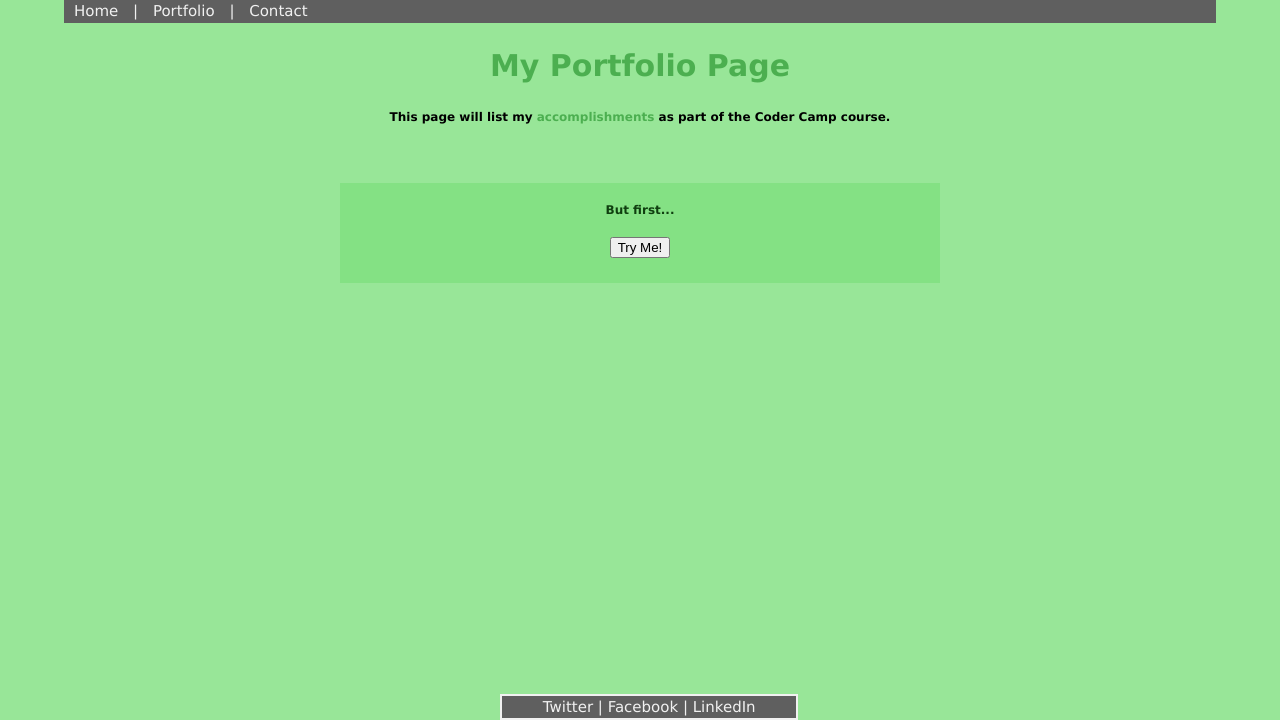
Repository: ischicagoisnotchicago/is-chicago
Page: http://localhost/CC_Personal_Website/portfolio.html
An editor plug-in stored every save of this project. The page is shown before and after the next save, followed by the edit.
The browser window is 1280 px wide. The pictures show the whole page.
The page is served by Tomcat 9.

Above is the page before, as saved 2017-05-26 01:21:22.

### CC Personal Website/WebContent/portfolio.html
<!DOCTYPE html>
<html>

<head>
<title>David Turner | Portfolio</title>
<link rel="stylesheet" type="text/css" href="style.css">
</head>

<body>
	<!-- Navigation Bar -->
	<nav>
		<a href="index.html">Home </a> | <a href="portfolio.html">Portfolio
		</a> | <a href="contact.html">Contact</a>
	</nav>

	<!-- Header -->
	<header>
		<h1>My Portfolio Page</h1>
		<h4>
			This page will list my <strong>accomplishments</strong> as part of
			the Coder Camp course.
		</h4>
	</header>

	<div id="portfolio">
	<div id="reserved">
		<br>But first...
		<br><br><button onclick="showFeature()" name="button">Try Me!</button></div>
	</div>

	<!-- Footer -->
	<footer>
		<a href="https://twitter.com/theagnessilient">Twitter</a> | <a
			href="https://www.facebook.com/profile.php?id=100004606000131"
		>Facebook</a> | <a href="https://www.linkedin.com/in/davidaturner19/">LinkedIn</a>
	</footer>

	<script src="script.js"></script>
</body>
</html>

### CC Personal Website/WebContent/style.css
/* Required! A background color */
/* Required! Change the font to a different Font-Family */
/* Required! Center all content on Home and Contact pages */
/* Tip! Changing body{height: 100%} will extend the page height making it easier to position content more accurately! */
body {
	font-family: Verdana,sans-serif;
    font-size: 15px;
    line-height: 1.5;
    height: 100%;
    width: 90%;
    background-color: #98e698;
    margin: 0 auto;
    text-align: center;
}

body#contact {
	font-family: "Comic Sans MS", cursive, sans-serif;
    font-size: 15px;
    line-height: 1.5;
    height: 100%;
    width: 90%;
	background-color: #ffe033;
	text-align: center;
}

header {
	height: 140px;
}

section {
	display: block;
	padding: 0 0 40px 0;
}

a {
	text-decoration: none;
}

/* Required! A style navbar */
nav {
	font-family: Verdana,sans-serif;
	color: #f1f1f1;
	background-color: #5f5f5f;
	text-align: left;
}

nav a {
	padding: 12px 10px;
}

a:link,
a:visited {
	color: #f1f1f1;
}

/* Required! Style links so when you hover the link, a different color is displayed */
a:hover {
    color: #4CAF50;
    background-color: black;
}

a:active {
    color: #f1f1f1;
}

h1, strong {
	color: #4CAF50;
}

h4 {
	font-size: .8em;
}

p {
	text-align: justify;
	text-indent: 15px;
}

dl {
	height: 380px;
}

dt {
	color: #ccad00;
	font-size: 1.4em;
	text-shadow: 2px 2px 5px white;
	text-align: left;
	border-left: 8px solid #ffdd1a;
	border-bottom: 1px solid #ffdd1a;
}

dd {
	text-align: right;
	font-style: italic;
	font-size: 0.9em;
	color: #0f3e0f;
}

#portfolio {
	height: 410px;
	width: 600px;
	margin: 0 auto 0 auto;
}

#accomplish {
	height: 400px;
}

#showtime {
	position: absolute;
	top: 180px;
	height: 220px;
	width: 600px;
	color: #0f3e0f;
	background-color: #84e184;
}

#reserved {
	height: 100px;
	font-weight: bold;
	font-size: 0.8em;
	color: #0f3e0f;
	background-color: #84e184;
}

#txtresults {
	height: 120px;
	color: #0f3e0f;
	padding: 20px 0 0 0;
	background-color: #84e184;
	border: 2px solid #ffdd1a;
}

.centerimg {
	height: 382px;
	width: 382px;
	margin: 25px auto 30px auto;
}

.itright {
	text-align: right;
	font-style: italic;
	color: #0f3e0f;
	padding-top: 50px;
}

.ftprompt {
    display: block;
    height: 25px;
    padding: 25px;
}

.fprompt {
	float: left;
	margin-left: 50px;
}

.tprompt {
	float: right;
	margin-right: 40px;
}

/* Required! The Contact should have a different color background and a set width of 25% */
.formtbl {
  height: 350px;
  width: 700px;
  margin: 0 auto 0 auto;
  padding: 10px 30px 0 30px;
}

.formside {
	width: 25%;
	float: left;
	background-color: #5f5f5f;
	padding: 10px;
	border: 5px double #0f3e0f;
	margin-left: 10px;
}

.formside input, .formside textarea {
	padding: 2px 0;
	background-color: #b8dc6f;
}

.formside button {
	margin: 0 60px;
	box-shadow: 2px 2px 2px #888888;
}

/* Required! The table needs to have a border and a background color. */
.tableside {
	float : right;
	width: 175px;
	height: 157px;
	color: #f1f1f1;
	padding: 10px;
	background-color: #5f5f5f;
    border: 5px double #0f3e0f;
    margin-right: 10px;
}

.tableside td {
	background-color: #5f5f5f;
	height: 20px;
	border: 5px double #0f3e0f;
	padding: 9px 40px;
}

/* Required! The mailto: with your email should be positioned in the bottom left corner with a border and background color */
.stuckleft {
	display: block;
	position: fixed;
	bottom: 0;
	left: 0;
	width: 97%;
	text-align: left;
	background-color: #5f5f5f;
	border-left: 5px double #f1f1f1;
	border-bottom: 1px solid #f1f1f1;
	border-right: 8px solid #f1f1f1;
}

/* Required! Footer needs to be stuck to the bottom of the page. */
footer {
  position: fixed;
  left: 500px;
  bottom: 0;
  width: 23%;
  color: #f1f1f1;
  background-color: #5f5f5f;
  border: 2px solid #f1f1f1;
}

### CC Personal Website/WebContent/script.js
// Expand punctuation as needed.
var Punctuation = {

  COMMA : ',',
  SPACE : ' ',
  PERIOD : '.',
  QUEST : '?',
  EXC : '!'
}

// Object with report stats to be used in html.
var reportMy = {
  text : "",
  numOfWords : 0,
  numOfSents : 0,
  numOfSpaces : 0,
  aveWordsPerSent : 0
}

// Array objects listing my accomplishments.
var accomplishMy = [
    {
      dt : "Personal Website",
      dd : "This is my first Website created for Coding from Scratch using HTML5 and CSS."
    }, {
      dt : "Portfolio Examples",
      dd : "Simple exercises showing my use of HTML, CSS and Javascript."
    }
];

// Generate reports to entered text.
function reportStats() {

  // Set initial.
  var wordStarted = false;

  // Get text from element with id value.
  reportMy.text = document.getElementById("sample").value;

  // Through the entire text length, check char. Update stats as appropriately.
  for ( i = 0; i < reportMy.text.length; i++) {

    switch ( reportMy.text[i]) {

      // If PERIOD, QUESTION, EXCLAMATIONPT, update number of sentences.
      case Punctuation.PERIOD:
      case Punctuation.QUEST:
      case Punctuation.EXC:
        if ( wordStarted === true) {
          reportMy.numOfSents++;
        }
        // break;

        // If either or COMMA, update number of words,
      case Punctuation.COMMA:
        if ( wordStarted === true) {
          reportMy.numOfWords++;
          wordStarted = false;
        }
        break;

      // If COMMA, update number of spaces.
      case Punctuation.SPACE:
        reportMy.numOfSpaces++;
        if ( wordStarted === true) {
          reportMy.numOfWords++;
          wordStarted = false;
        }
        break;

      // Assumes otherwise we are char in a word.
      default: {
        if ( wordStarted === false) {
          wordStarted = true;
        }
      }
    }
  }

  // Once text length has been reached, update average words per sentence.
  reportMy.aveWordsPerSent = parseInt(reportMy.numOfWords / reportMy.numOfSents);

  // Return reportMy object.
  return reportMy;
}

// Create a portfolio report of accomplishments.
function portlist() {

  var port = document.getElementById("portfolio");
  var showt = document.getElementById("showtime");
  port.removeChild(showt);
  var div = appendElementChild("div", port, "accomplish");
  var dl = appendElementChild("dl", div);

  // Build accomplishment listing.
  if ( accomplishMy !== null) {
    var i = 0;
    do {

      var dt = appendElementChild("dt", dl);
      dt.innerHTML = accomplishMy[i].dt;
      var dd = appendElementChild("dd", dl);
      dd.innerHTML = accomplishMy[i].dd;
      appendBreakChild(2, dl);
      i++;

    } while ( i < accomplishMy.length);

  }

  return true;
}

// Create a page with the textreader exercise.
function textreader() {

  // Replace "reserved" report with feature exercise.
  var port = document.getElementById("portfolio");
  var reserved = document.getElementById("reserved");
  port.removeChild(reserved);
  var div = appendElementChild("div", port, "showtime");
  var prompt1 = "First, a simple exercise. Type complete sentences "
      + "in the text area provided then press SUBMIT. I will report "
      + "statistics related to your submission. Cool? ";
  appendTextChild(prompt1, div, "h4");
  var prompt2 = "Text Reader and Statistics";
  var txta = appendElementChild("textarea", div, "sample");
  txta.setAttribute("name", "textReader");
  txta.setAttribute("rows", "5");
  txta.setAttribute("cols", "30");
  appendBreakChild(2, div);

  // Create button to move to next results page.
  var button1 = appendElementChild("button", div, "button1id");
  button1.innerHTML = "Submit";
  button1.setAttribute("name", "button1");
  button1.setAttribute("onClick", "txtrresults()");

  return true;
}

// Create a page of textreader results.
function txtrresults() {

  // First, run reportStats and generate the ReportMy stats to be used.
  reportStats();

  // Then setup report using ReportMy data.
  var prompt1 = "I detect you had entered " + reportMy.numOfSents
      + " sentence(s), consisting of " + reportMy.numOfWords + " words and "
      + reportMy.numOfSpaces
      + " spaces. The average words per sentence therefore is "
      + reportMy.aveWordsPerSent + ". Thanks for playing!";
  var noenter = "I detect you have not entered words in the text area. Ok then.";

  // Create noenter if no words detected in text area.
  if ( reportMy.numOfWords === 0) {
    prompt1 = noenter;
  }

  // If word are detected, create page report.
  var showt = document.getElementById("showtime");
  var button1 = document.getElementById("button1id");
  showt.removeChild(button1);

  var port = document.getElementById("portfolio");
  var div = appendElementChild("div", showt, "txtresults");
  appendTextChild(prompt1, div, "h4");

  var button2 = appendElementChild("button", div, "button2id");
  button2.innerHTML = "Done!";
  button2.setAttribute("name", "button2");
  button2.setAttribute("onClick", "portlist()");
  return;
}

// Replace with whatever exercise you want to display. For now, TextReader().
function showFeature() {

  textreader();
}

// Append text as a child node (w element).
function appendTextChild(text, node, element, idname) {

  // Check input.
  if ( text === undefined || text === null || node === undefined
      || node === null || element === undefined || element === null) {
    return null;
  }

  // Create styled text node.
  var txt = document.createTextNode(text);
  var el = _createel(element, idname);
  el.appendChild(txt);
  node.appendChild(el);

  return el;
}

// Append xtimes of break(s) as child node(s) to node.
function appendBreakChild(xtimes, node) {

  // Check input.
  if ( xtimes === undefined || xtimes === null || node === undefined
      || node === null) {
    return null;
  }

  var i = 0;
  // Create xtimes number of breaks.
  do {

    node.appendChild(document.createElement("br"));
    i++;

  } while ( i < xtimes);

  return true;
}

// Create child node of element with optional idname. You need idname if you
// want to remove later.
function appendElementChild(element, node, idname) {

  if ( element === undefined || element === null || node === undefined
      || node === null) {
    return null;
  }

  var el = _createel(element, idname);
  node.appendChild(el);

  return el;
}

function _createel(element, idname) {

  // Check input.
  if ( element === null) {
    return;
  }

  // Create element with optional id.
  var el = document.createElement(element);
  if ( idname !== undefined && idname !== null) {

    el.setAttribute("id", idname);
  }

  return el;
}

After the next save:
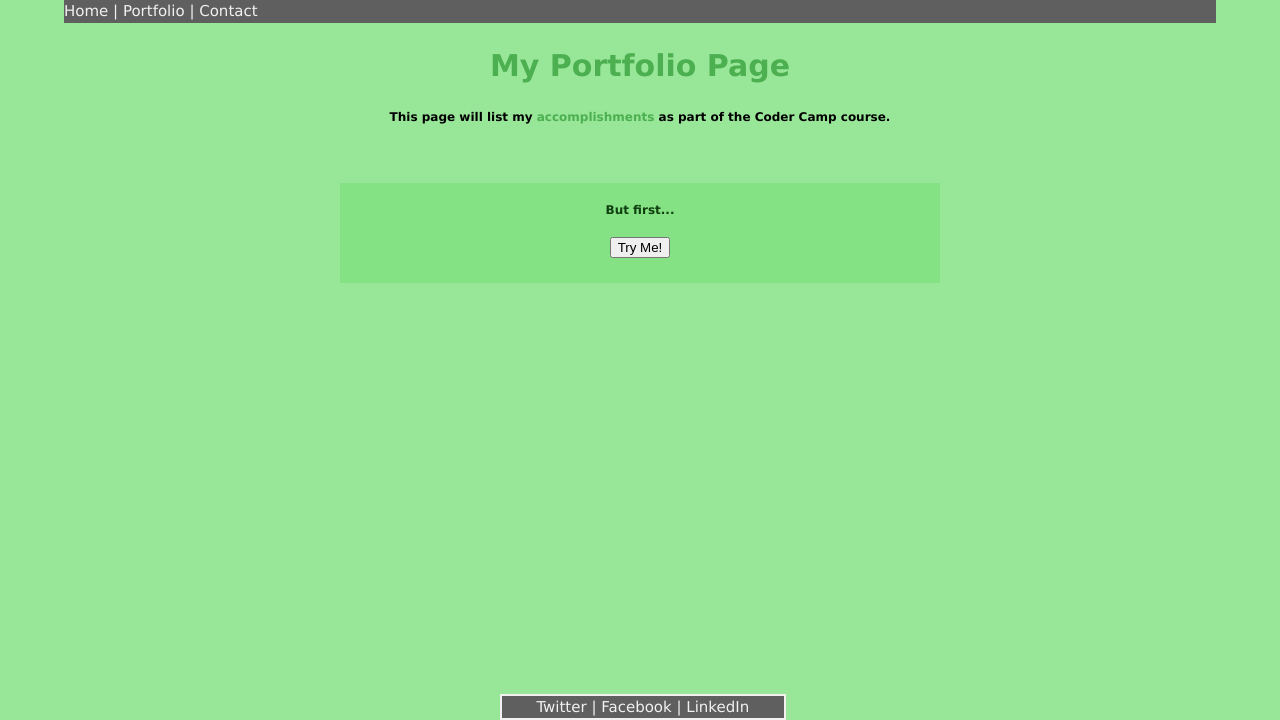
Saved 75 s later.
--- a/CC Personal Website/WebContent/style.css
+++ b/CC Personal Website/WebContent/style.css
@@ -45,7 +45,7 @@ nav {
 }
 
 nav a {
-	padding: 12px 10px;
+
 }
 
 a:link,
@@ -225,7 +225,7 @@ footer {
   position: fixed;
   left: 500px;
   bottom: 0;
-  width: 23%;
+  width: 22%;
   color: #f1f1f1;
   background-color: #5f5f5f;
   border: 2px solid #f1f1f1;
